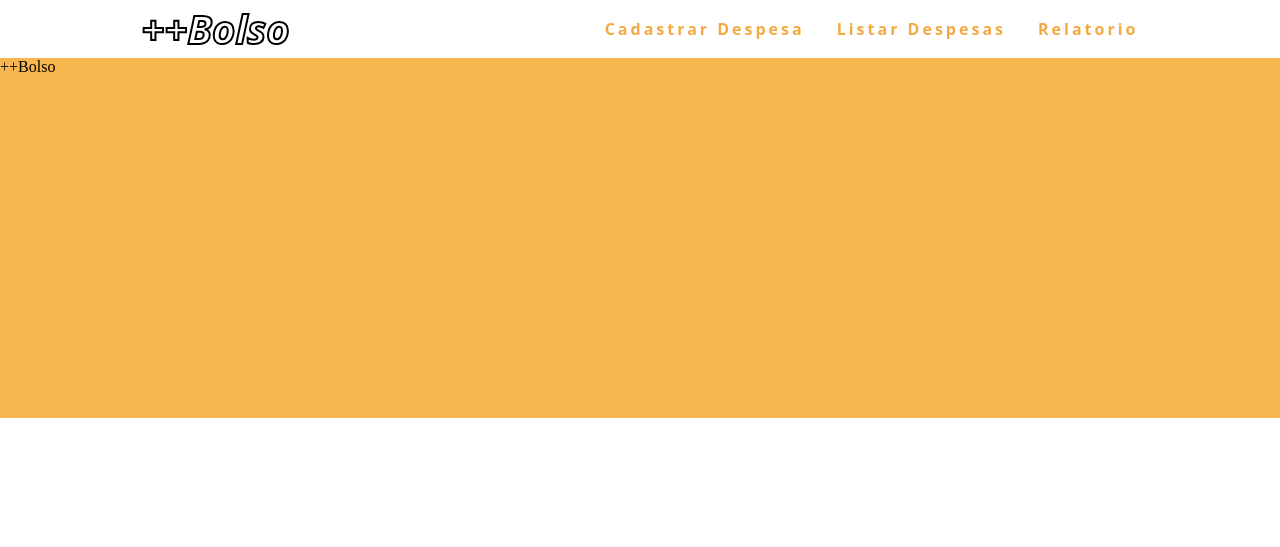
Repository: alexsanderkafka/java-servlets
Page: http://localhost/SaveMoney/listarDespesas.jsp
An editor plug-in stored every save of this project. The page is shown before and after the next save, followed by the edit.
The browser window is 1280 px wide. The pictures show the whole page.
The page is served by Tomcat 9. Nobody is signed in. The application's start-up code is not run.

Above is the page before, as saved 2024-10-07 17:48:07.

After the next save:
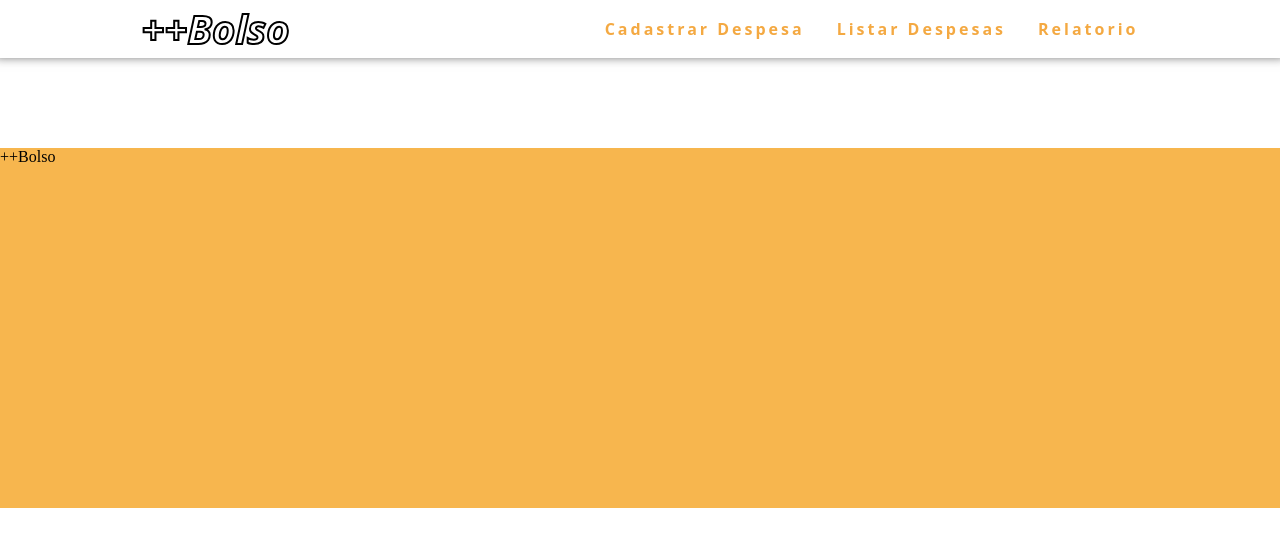
Saved 13 s later.
--- a/SaveMoney/src/main/webapp/styles/style.css
+++ b/SaveMoney/src/main/webapp/styles/style.css
@@ -171,6 +171,7 @@
 
 /*CSS PAGINA LISTA DE DESPESAS*/
 .teste{
+	margin-top: 90px;
 	display: flex;
 	width: 100%;
 	height: 50%;
